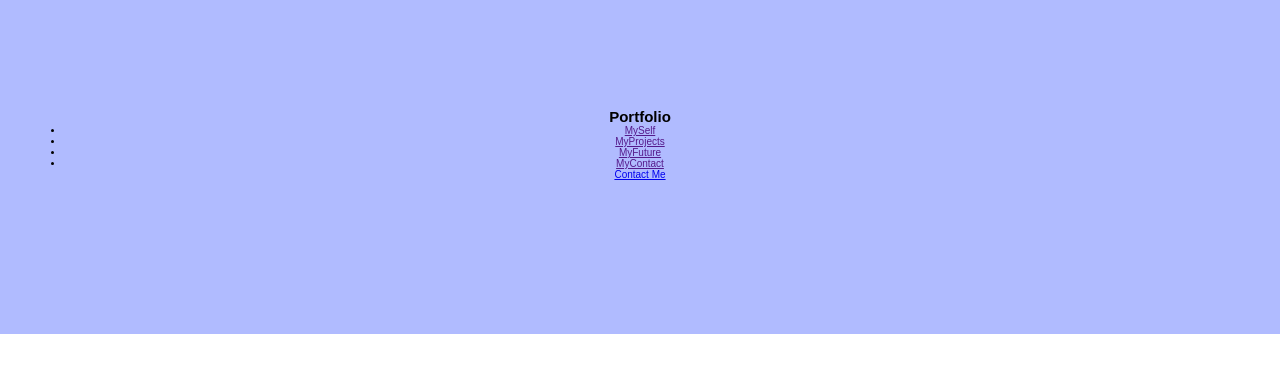
Repository: ChristianGecchelin/PortfolioOnline
Page: index.html
The author's editor kept a copy of each file at every save. The page is drawn from the files as they stood at one save, then again after the next save.
The browser window is 1280 px wide. The pictures show the whole page.

Above is the page before, as saved 2022-01-08 11:52:39.

### index.html
<!DOCTYPE html>
<html lang="en">
  <head>
    <meta charset="UTF-8" />
    <meta http-equiv="X-UA-Compatible" content="IE=edge" />
    <meta name="viewport" content="width=device-width, initial-scale=1.0" />
    <title>Portfolio Christian</title>
    <link rel="stylesheet" href="./styles/styles.css" />
  </head>
  <body>
    <header>
      <nav>
        <h1>Portfolio</h1>
        <ul class="nav justify-content-end">
          <li class="nav-item">
            <a class="nav-link" href="">MySelf</a>
          </li>
          <li class="nav-item">
            <a class="nav-link" href="">MyProjects</a>
          </li>
          <li class="nav-item">
            <a class="nav-link" href="">MyFuture</a>
          </li>
          <li class="nav-item">
            <a class="nav-link" href="">MyContact</a>
          </li>
        </ul>
        <a class="header--button" href="#MyContact"> Contact Me<span></span></a>
      </nav>
      <main class="principalContainer">
        <section class="principalContainer-mySelf"></section>
        <div class="principalContainer-mySelf--information"></div>
        <div class="principalContainer-mySelf--image"></div>
        <section class="principalContainer-myProject"></section>
        <section class="principalContainer-myFuture"></section>
        <section class="principalContainer-myContact"></section>
      </main>
    </header>
  </body>
</html>

### styles/styles.css
:root {
  --strong-orange: #f7931a;
  --soft-orange: #ffe9d5;
  --secondary-blue: #1a9af7;
  --soft-blue: #e7f5ff;
  --warm-black: #201e1c;
  --black: #282623;
  --grey: #bababa;
  --off-white: #faf8f7;
  --just-white: #fff;
  --light-violet: #b0bbff;
  --strong-violet: #5764b3;
  --skin-color: #ffecb0;
  --yellow-skin-color: #fff3c9;
  --almost-brown: #b3a169;
}
* {
  box-sizing: border-box;
  margin: 0;
  padding: 0;
}
html {
  font-size: 62.5%;
  font-family: "DM Sans", sans-serif;
}
header {
  display: flex;
  flex-direction: column;
  justify-content: center;
  height: 334px;
  background: var(--light-violet);
  text-align: center;
}
header nav {
  flex-direction: column;
  justify-content: center;
  width: 90%;
  min-width: 288px;
  height: 218px;
  align-self: center;
  text-align: center;
  margin-top: 100px;
}

After the next save:
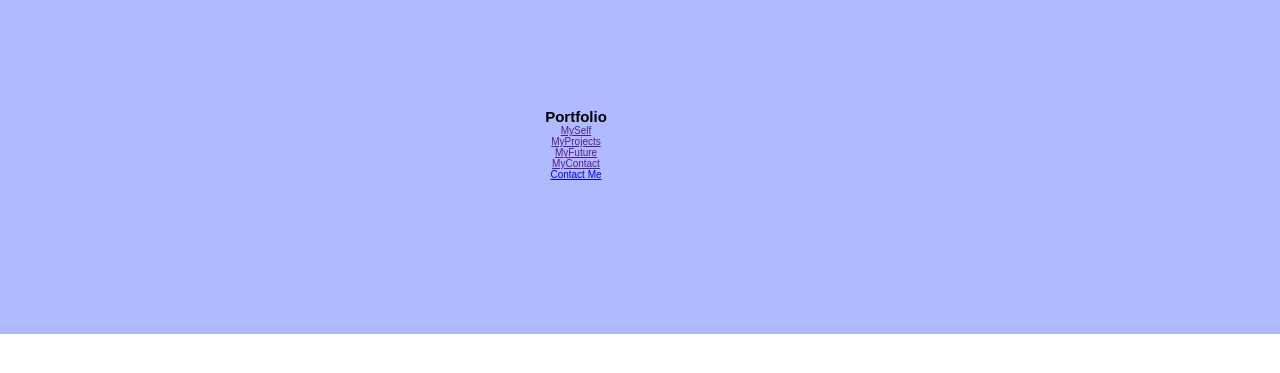
Saved 17 s later.
--- a/styles/styles.css
+++ b/styles/styles.css
@@ -37,7 +37,6 @@
   width: 90%;
   min-width: 288px;
   height: 218px;
-  align-self: center;
   text-align: center;
   margin-top: 100px;
 }

After the save that followed:
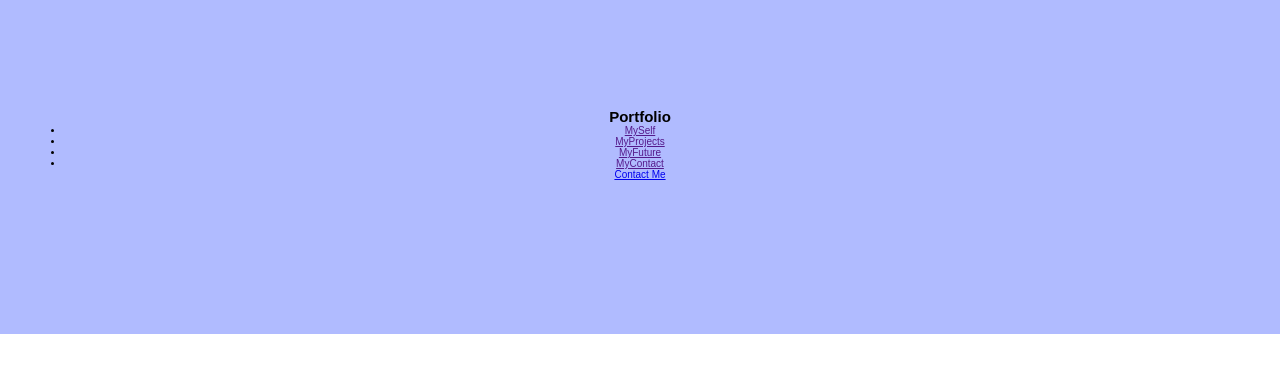
Saved 11 s later.
--- a/styles/styles.css
+++ b/styles/styles.css
@@ -37,6 +37,7 @@
   width: 90%;
   min-width: 288px;
   height: 218px;
+  align-self: center;
   text-align: center;
   margin-top: 100px;
 }
